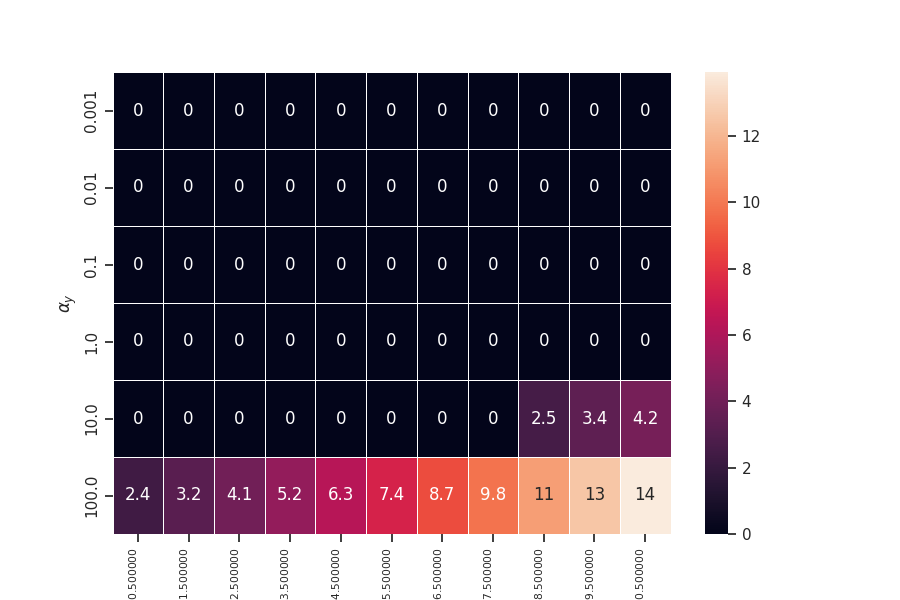
Repository: impermast/recombination
Script's output: python raschet/rec.py
These files come from the project's save history. The script's output is drawn as it stood at one moment and after the next save; the edit follows.
Random numbers start from a fixed seed.

Above is the script's output before, as saved 2023-05-13 20:10:39.

After the next save:
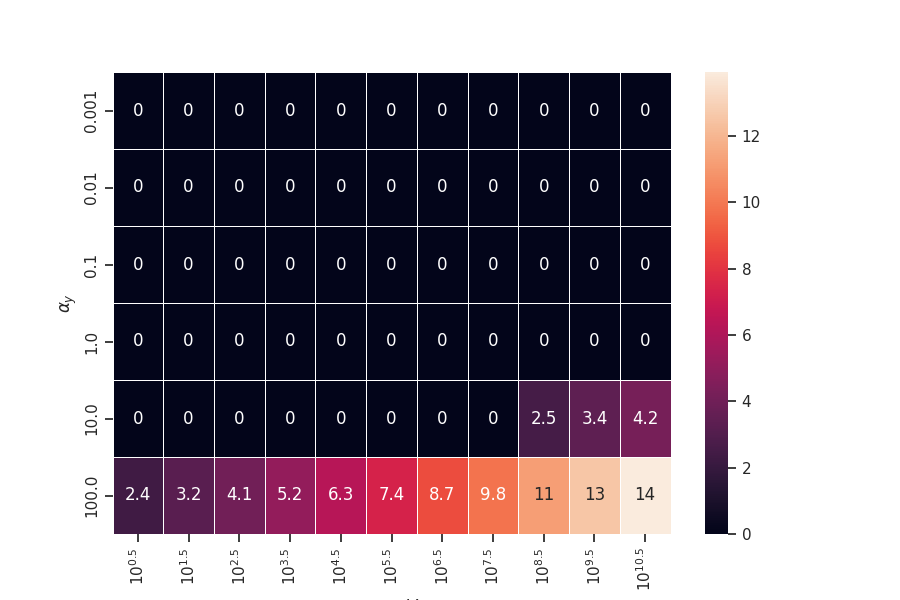
Saved 15 s later.
--- a/raschet/rec.py
+++ b/raschet/rec.py
@@ -110,7 +110,7 @@ def graph(T,r1,r2,rlim):
     plt.show()
     print("graphs")
 def funcForFormatter(x, pos):
-    a = '$10^{%1f}$'%(x)
+    a = '$10^{%.1f}$'%(x)
     return a
 def kriteria(alp_range,m_range):
     global alpha,ma,err
